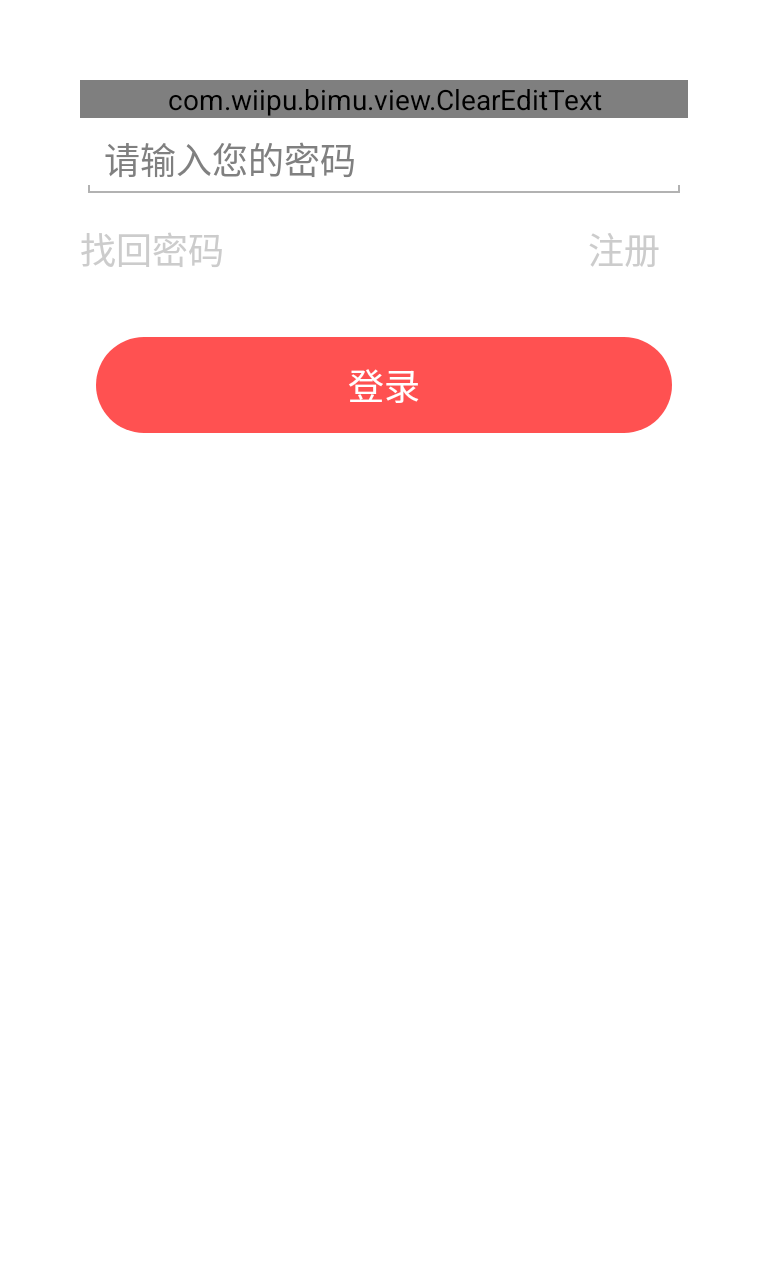
Repository: liuke0002/Projects
Layout: 智慧西电/SmartXD/res/layout/activity_login.xml
An editor plug-in stored every save of this project. The layout is shown before and after the next save, followed by the edit.
Pictures or frames that could not be fetched are drawn as grey boxes. It is drawn on a 768 x 1280 px phone screen (xhdpi) without system bars, with theme AppTheme; the app's code is not run. The app's manifest (not shown) leaves right-to-left support off. So textAlignment, textDirection and layoutDirection are ignored, and left and right values win over start and end ones.

Above is the layout before, as saved 2016-04-27 04:51:31.

### 智慧西电/SmartXD/res/layout/activity_login.xml
<?xml version="1.0" encoding="utf-8"?>
<LinearLayout xmlns:android="http://schemas.android.com/apk/res/android"
    xmlns:tools="http://schemas.android.com/tools"
    android:layout_width="match_parent"
    android:layout_height="match_parent"
    android:orientation="vertical">


    <LinearLayout
        android:layout_width="match_parent"
        android:layout_height="wrap_content"
        android:orientation="vertical"

        android:padding="40dp">

        <com.wiipu.bimu.view.ClearEditText
            android:id="@+id/login_et_phone_num"
            android:layout_width="match_parent"
            android:layout_height="wrap_content"
            android:hint="请输入电话号码"
            android:inputType="phone"
            android:maxLength="11"
            android:singleLine="true"/>


        <EditText
            android:id="@+id/login_et_pwd"
            android:layout_width="match_parent"
            android:layout_height="wrap_content"
            android:hint="请输入您的密码"
            android:inputType="textPassword"
            android:singleLine="true"/>

        <RelativeLayout
            android:layout_width="match_parent"
            android:layout_height="wrap_content"
            android:orientation="horizontal">


            <Button
                android:id="@+id/login_btn_find_pwd"
                android:layout_width="wrap_content"
                android:layout_height="wrap_content"
                android:background="@null"
                android:onClick="onClick"
                android:text="找回密码"
                android:textColor="#ccc"/>

            <Button
                android:id="@+id/login_btn_register"
                android:layout_width="wrap_content"
                android:layout_height="wrap_content"
                android:layout_alignParentEnd="true"
                android:layout_alignParentRight="true"
                android:layout_alignParentTop="true"
                android:layout_gravity="right"
                android:background="@null"
                android:onClick="onClick"
                android:text="注册"
                android:textColor="#ccc"/>
        </RelativeLayout>

        <Button
            android:id="@+id/login_btn_login"
            android:layout_width="match_parent"
            android:layout_height="wrap_content"
            android:layout_gravity="center_horizontal"
            android:layout_marginLeft="8dp"
            android:layout_marginRight="8dp"
            android:layout_marginTop="20dp"
            android:background="@drawable/shape_btn_rounded_rectangle_big_corner_red"
            android:onClick="onClick"
            android:text="登录"
            android:textColor="#ffffff"/>
    </LinearLayout>


</LinearLayout>

### 智慧西电/SmartXD/res/values/styles.xml
<resources xmlns:android="http://schemas.android.com/apk/res/android">

    <!--
        Base application theme, dependent on API level. This theme is replaced
        by AppBaseTheme from res/values-vXX/styles.xml on newer devices.


    -->
    <style name="AppBaseTheme" parent="android:Theme.Light">
        <!--
            Theme customizations available in newer API levels can go in
            res/values-vXX/styles.xml, while customizations related to
            backward-compatibility can go here.


        -->
    </style>

    <!-- Application theme. -->
    <style name="AppTheme" parent="AppBaseTheme">
        <!-- All customizations that are NOT specific to a particular API-level can go here. -->
    </style>

    <style name="bottomTabStyle">
        <item name="android:layout_width">wrap_content</item>
        <item name="android:layout_height">wrap_content</item>
        <item name="android:button">@null</item>
        <item name="android:padding">5dp</item>
        <item name="android:layout_weight">1</item>
        <item name="android:textColor">@drawable/selector_text_bottom_tab</item>
        <item name="android:drawablePadding">3dp</item>
        <item name="android:gravity">center</item>
    </style>

    <style name="ViewStyle">
        <item name="android:layout_width">match_parent</item>
        <item name="android:layout_height">wrap_content</item>
        <item name="android:layout_weight">1</item>
        <item name="android:gravity">center</item>
    </style>

    <style name="TextViewStyle" parent="ViewStyle">
        <item name="android:textSize">12sp</item>
        <item name="android:textColor">@color/text_color</item>
    </style>

</resources>

### 智慧西电/SmartXD/res/drawable/shape_btn_rounded_rectangle_big_corner_red.xml
<?xml version="1.0" encoding="utf-8"?>
<shape xmlns:android="http://schemas.android.com/apk/res/android"
    android:shape="rectangle">
    <solid android:color="#ff5151"/>

    <corners android:radius="40dp"/>

</shape>

Loaded but not shown: 智慧西电/SmartXD/res/values-v11/styles.xml (common file); 智慧西电/SmartXD/res/values-v14/styles.xml (common file)

After the next save:
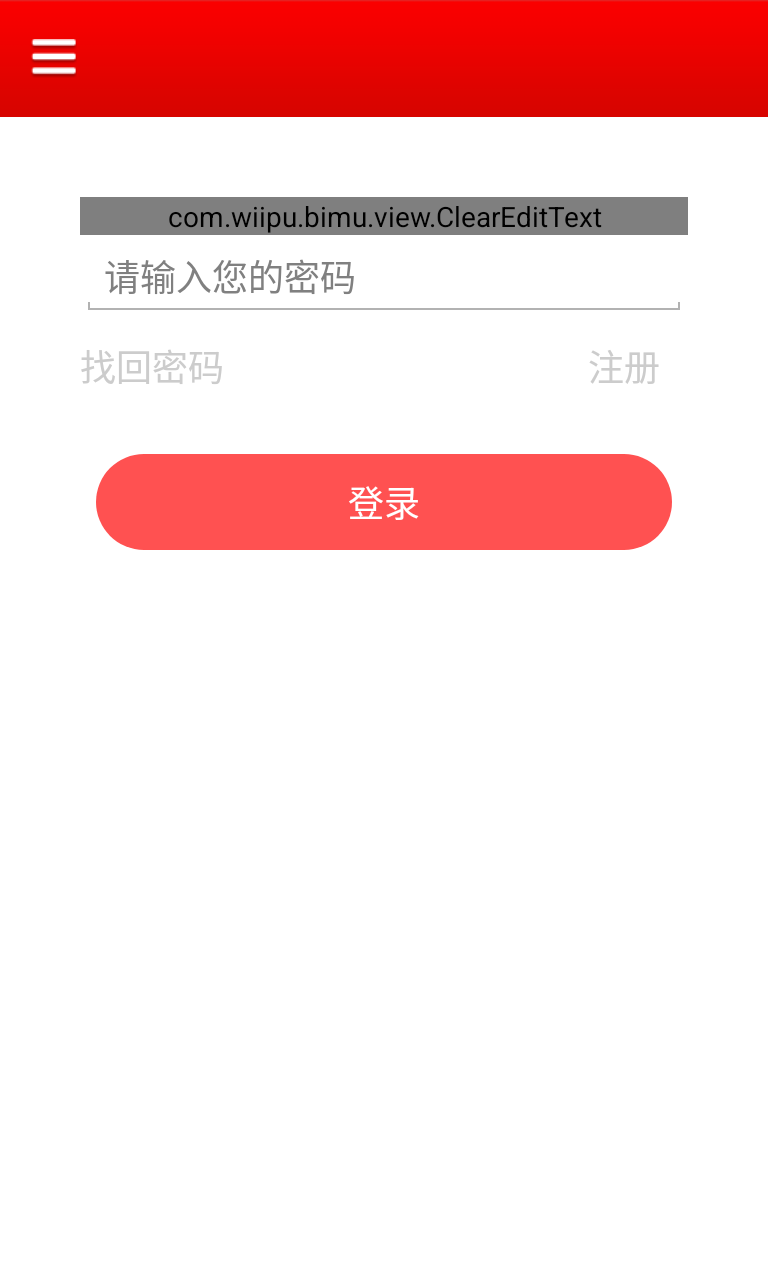
Saved 2 min 6 s later.
--- a/智慧西电/SmartXD/res/layout/activity_login.xml
+++ b/智慧西电/SmartXD/res/layout/activity_login.xml
@@ -3,15 +3,50 @@
     xmlns:tools="http://schemas.android.com/tools"
     android:layout_width="match_parent"
     android:layout_height="match_parent"
-    android:orientation="vertical">
+    android:orientation="vertical" >
 
+    <RelativeLayout
+        android:id="@+id/rl"
+        android:layout_width="wrap_content"
+        android:layout_height="wrap_content"
+        android:background="@drawable/title_red_bg" >
+
+        <ImageButton
+            android:id="@+id/ib_menu"
+            android:layout_width="wrap_content"
+            android:layout_height="wrap_content"
+            android:layout_centerVertical="true"
+            android:layout_marginLeft="10dp"
+            android:background="@null"
+            android:padding="5dp"
+            android:src="@drawable/img_menu" />
+
+        <TextView
+            android:id="@+id/tv_title"
+            android:layout_width="wrap_content"
+            android:layout_height="wrap_content"
+            android:layout_centerInParent="true"
+            android:textColor="@android:color/white"
+            android:textSize="20sp" />
+
+        <ImageButton
+            android:id="@+id/ib_photo"
+            android:layout_width="wrap_content"
+            android:layout_height="wrap_content"
+            android:layout_alignParentRight="true"
+            android:layout_centerVertical="true"
+            android:layout_marginRight="5dp"
+            android:background="@null"
+            android:padding="10dp"
+            android:src="@drawable/icon_pic_grid_type"
+            android:visibility="gone" />
+    </RelativeLayout>
 
     <LinearLayout
         android:layout_width="match_parent"
         android:layout_height="wrap_content"
         android:orientation="vertical"
-
-        android:padding="40dp">
+        android:padding="40dp" >
 
         <com.wiipu.bimu.view.ClearEditText
             android:id="@+id/login_et_phone_num"
@@ -20,8 +55,7 @@
             android:hint="请输入电话号码"
             android:inputType="phone"
             android:maxLength="11"
-            android:singleLine="true"/>
-
+            android:singleLine="true" />
 
         <EditText
             android:id="@+id/login_et_pwd"
@@ -29,13 +63,12 @@
             android:layout_height="wrap_content"
             android:hint="请输入您的密码"
             android:inputType="textPassword"
-            android:singleLine="true"/>
+            android:singleLine="true" />
 
         <RelativeLayout
             android:layout_width="match_parent"
             android:layout_height="wrap_content"
-            android:orientation="horizontal">
-
+            android:orientation="horizontal" >
 
             <Button
                 android:id="@+id/login_btn_find_pwd"
@@ -44,7 +77,7 @@
                 android:background="@null"
                 android:onClick="onClick"
                 android:text="找回密码"
-                android:textColor="#ccc"/>
+                android:textColor="#ccc" />
 
             <Button
                 android:id="@+id/login_btn_register"
@@ -57,7 +90,7 @@
                 android:background="@null"
                 android:onClick="onClick"
                 android:text="注册"
-                android:textColor="#ccc"/>
+                android:textColor="#ccc" />
         </RelativeLayout>
 
         <Button
@@ -71,8 +104,7 @@
             android:background="@drawable/shape_btn_rounded_rectangle_big_corner_red"
             android:onClick="onClick"
             android:text="登录"
-            android:textColor="#ffffff"/>
+            android:textColor="#ffffff" />
     </LinearLayout>
 
-
 </LinearLayout>
